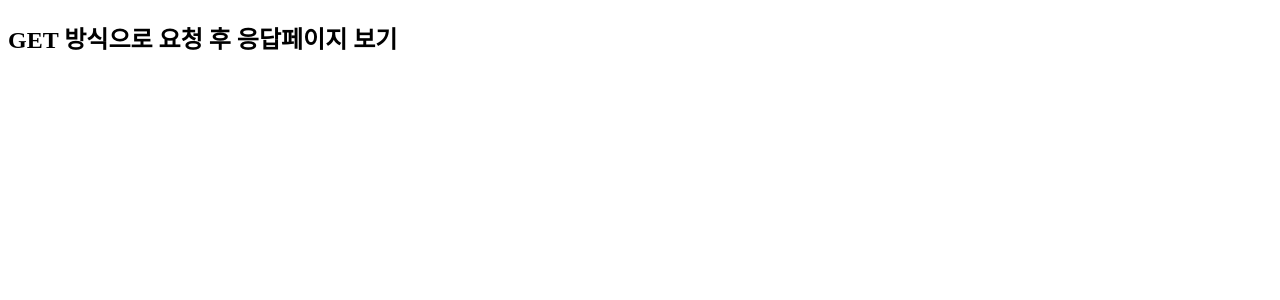
Repository: hyeye1/kh_webserverWorkspace
Page: 1_Servlet/WebContent/Views/requestTest_GET.html
The author's editor kept a copy of each file at every save. The page is drawn from the files as they stood at one save, then again after the next save.
The browser window is 1280 px wide. The pictures show the whole page.

Above is the page before, as saved 2021-03-25 00:37:43.

### 1_Servlet/WebContent/Views/requestTest_GET.html
<!DOCTYPE html>
<html>
<head>
<meta charset="UTF-8">
<title>Insert title here</title>
</head>
<body>
	<h2>GET 방식으로 요청 후 응답페이지 보기</h2>
</body>
</html>

After the next save:
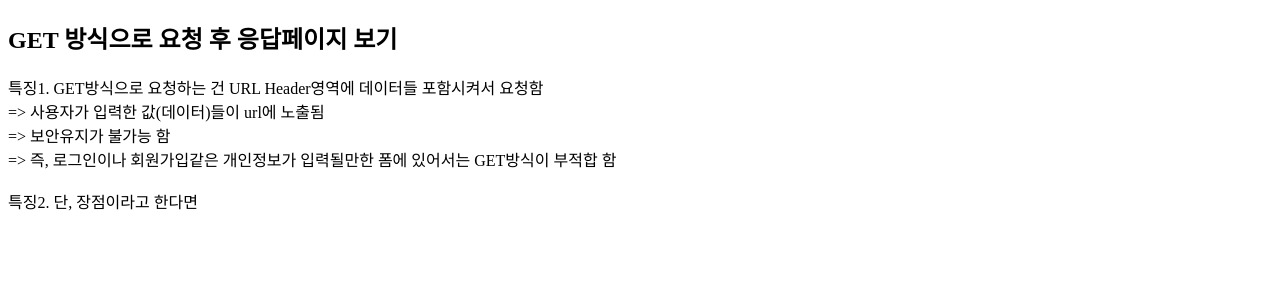
Saved 15 min 4 s later.
--- a/1_Servlet/WebContent/Views/requestTest_GET.html
+++ b/1_Servlet/WebContent/Views/requestTest_GET.html
@@ -6,5 +6,25 @@
 </head>
 <body>
 	<h2>GET 방식으로 요청 후 응답페이지 보기</h2>
+
+	<p>
+		특징1. GET방식으로 요청하는 건 URL Header영역에 데이터들 포함시켜서 요청함 <br>
+		=> 사용자가 입력한 값(데이터)들이 url에 노출됨 <br>
+		=> 보안유지가 불가능 함 <br>
+		=> 즉, 로그인이나 회원가입같은 개인정보가 입력될만한 폼에 있어서는 GET방식이 부적합 함 <br><br>
+
+		특징2. 단, 장점이라고 한다면
+	</p>
+
+	<form action="" method="">
+
+
+
+	</form>
+
+
+
+
+
 </body>
 </html>
